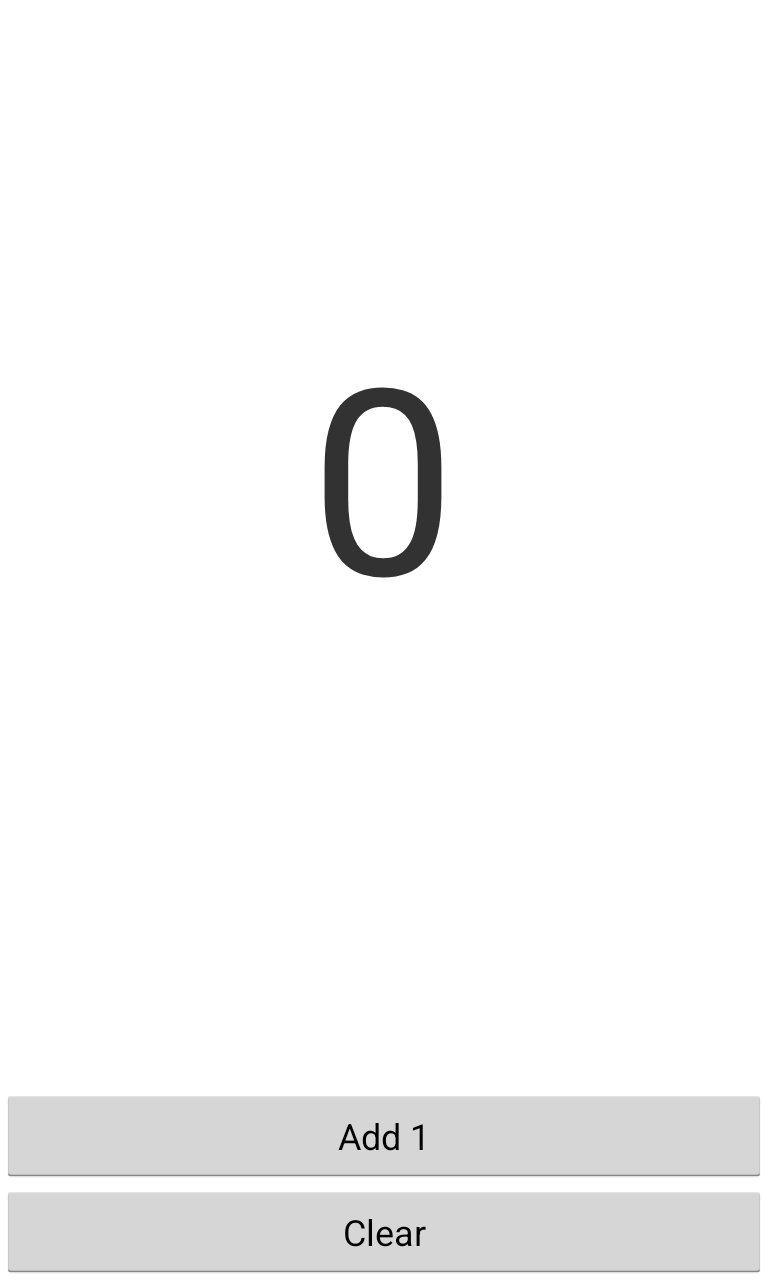
Repository: phedavkar/android_class
Layout: Counter2/res/layout/main.xml
An editor plug-in stored every save of this project. The layout is shown before and after the next save, followed by the edit.
It is drawn on a 768 x 1280 px phone screen (xhdpi) without system bars, with theme AppTheme; the app's code is not run.

Above is the layout before, as saved 2014-04-08 19:13:14.

### Counter2/res/layout/main.xml
<?xml version="1.0" encoding="utf-8"?>
<RelativeLayout xmlns:android="http://schemas.android.com/apk/res/android"
    android:layout_width="match_parent"
    android:layout_height="match_parent" >

    <Button
        android:id="@+id/clear"
        android:layout_width="fill_parent"
        android:layout_height="wrap_content"
        android:layout_alignParentBottom="true"
        android:layout_centerHorizontal="true"
        android:text="@string/clearName" />

    <Button
        android:id="@+id/increment"
        android:layout_width="fill_parent"
        android:layout_height="wrap_content"
        android:layout_above="@+id/clear"
        android:text="Add 1" />

    <TextView
        android:id="@+id/display"
        android:layout_width="wrap_content"
        android:layout_height="wrap_content"
        android:layout_alignParentTop="true"
 		android:layout_centerHorizontal="true"
        android:layout_marginTop="150dp"
        android:textSize="130sp"
        android:text="0" />

</RelativeLayout>

### Counter2/res/values/strings.xml
<resources>

    <string name="app_name">Counter2</string>
    <string name="clearName">Clear</string>

</resources>

Loaded but not shown: Counter2/res/values/styles.xml (common file); Counter2/res/values-v11/styles.xml (common file); Counter2/res/values-v14/styles.xml (common file)

After the next save:
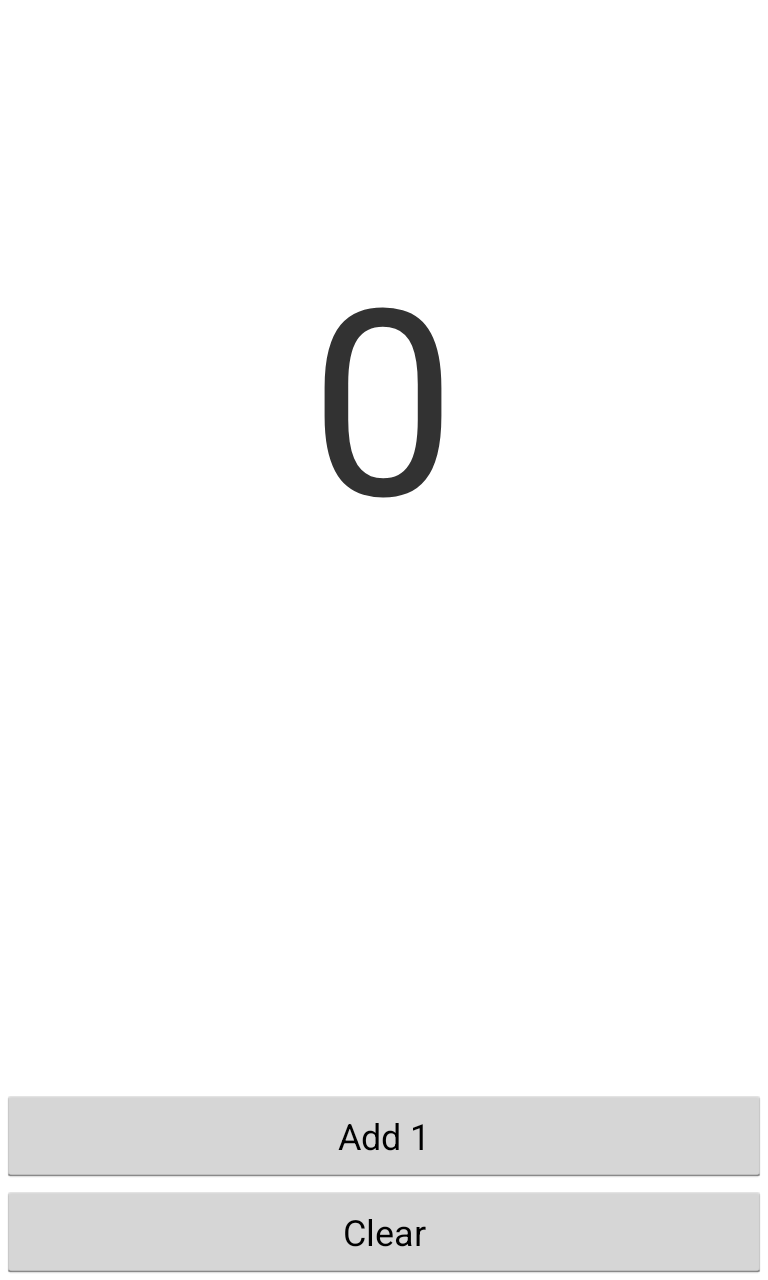
Saved 17 s later.
--- a/Counter2/res/layout/main.xml
+++ b/Counter2/res/layout/main.xml
@@ -24,7 +24,7 @@
         android:layout_height="wrap_content"
         android:layout_alignParentTop="true"
  		android:layout_centerHorizontal="true"
-        android:layout_marginTop="150dp"
+        android:layout_marginTop="110dp"
         android:textSize="130sp"
         android:text="0" />
 
